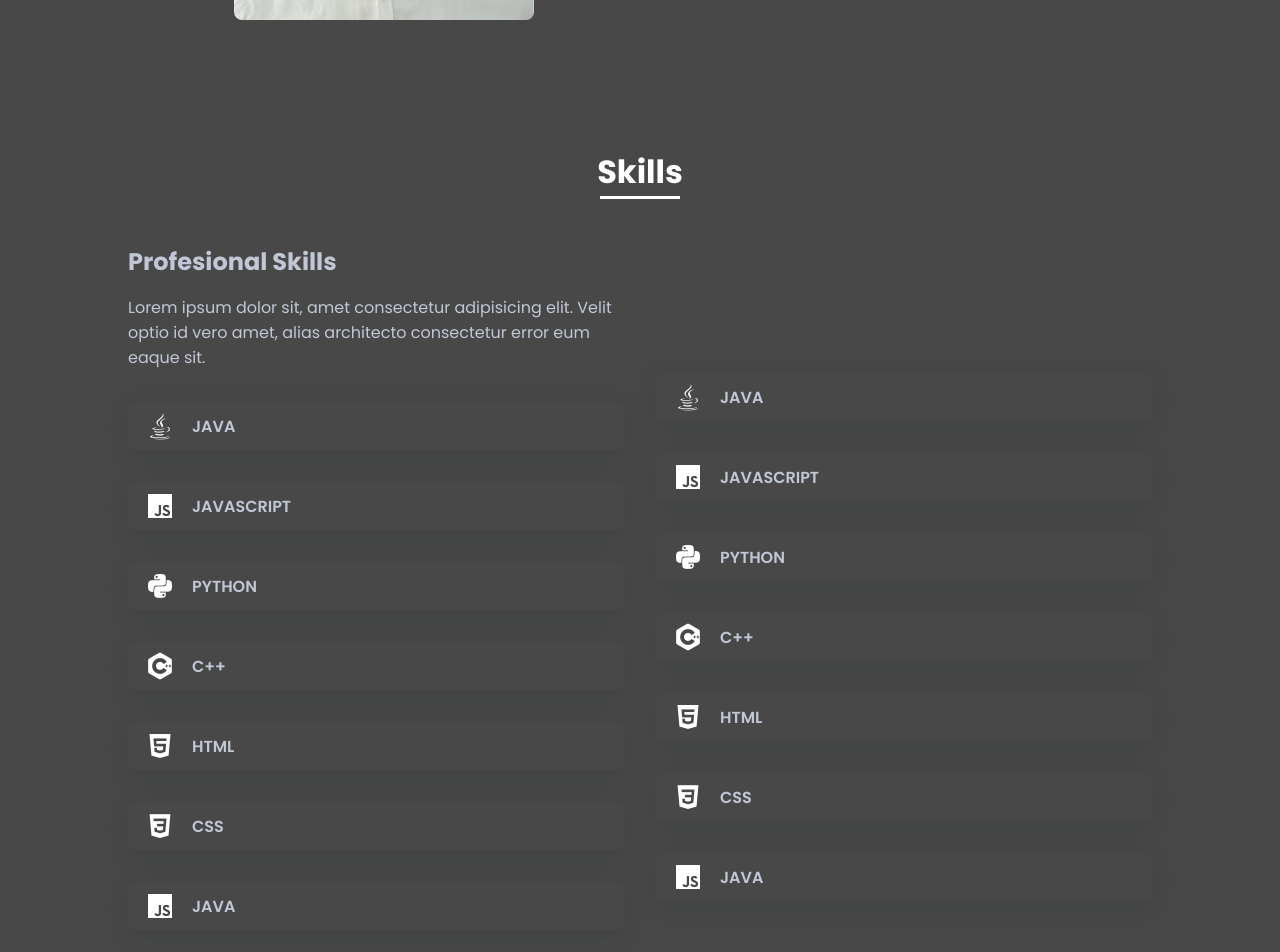
Repository: joshliu14/joshliu14.github.io
Page: index.html
An editor plug-in stored every save of this project. The page is shown before and after the next save, followed by the edit.
The browser window is 1280 px wide. The pictures show the part of the page from y = 1094 to 2046 px (the page is 3595 px tall before and 3637 px after).
A picture or video elsewhere on the page could not be fetched, so the positions and the page height are approximate.

Above is the page before, as saved 2024-02-01 00:06:52.

After the next save:
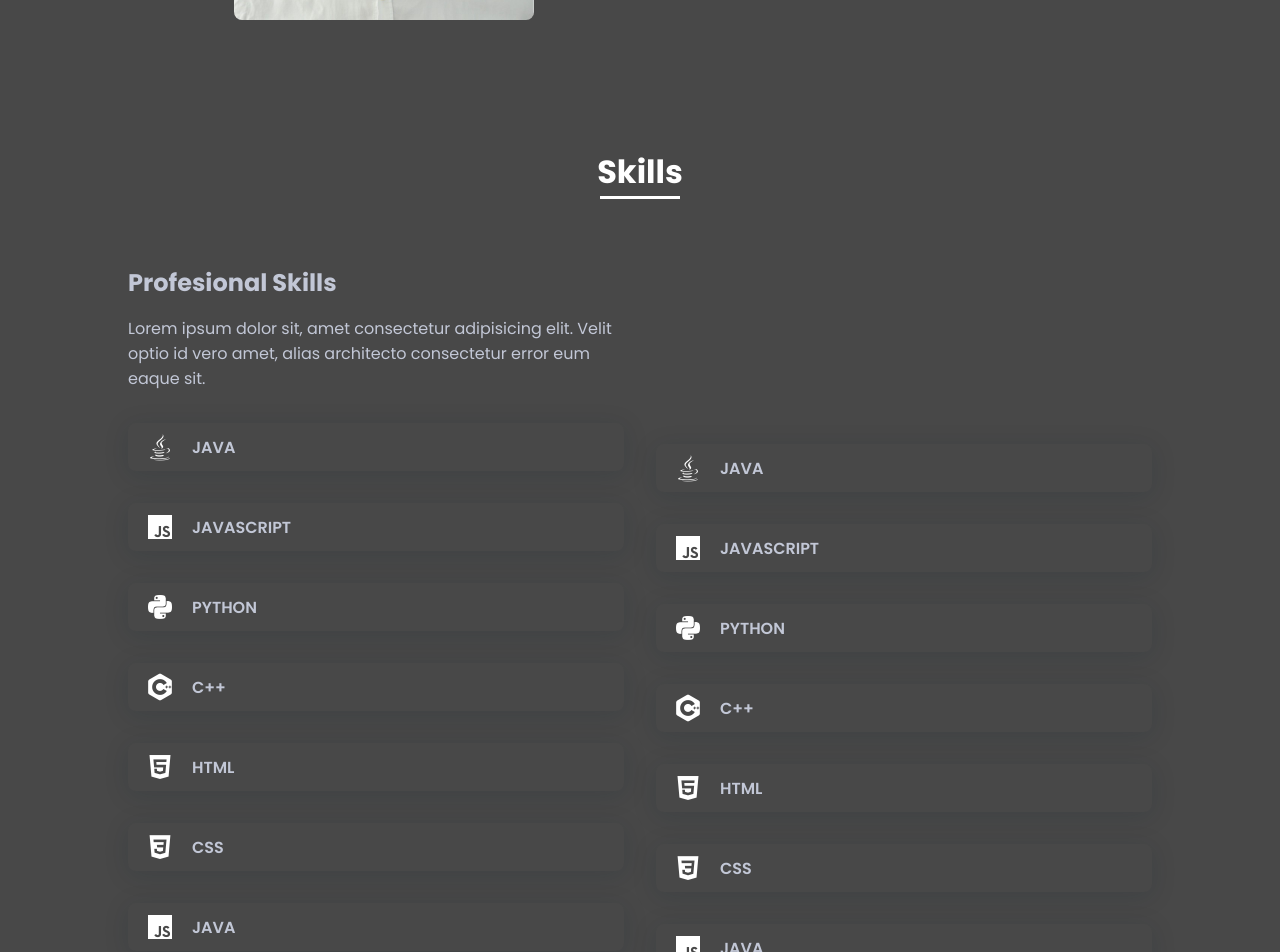
Saved 10 s later.
--- a/index.html
+++ b/index.html
@@ -185,6 +185,10 @@
             <br />
             <br />
             <br />
+            <br />
+            <br />
+            <br />
+            <br />
             <div class="skills__data">
               <div class="skills__names">
                 <i class="bx bxl-java skills__icon"></i>

After the save that followed:
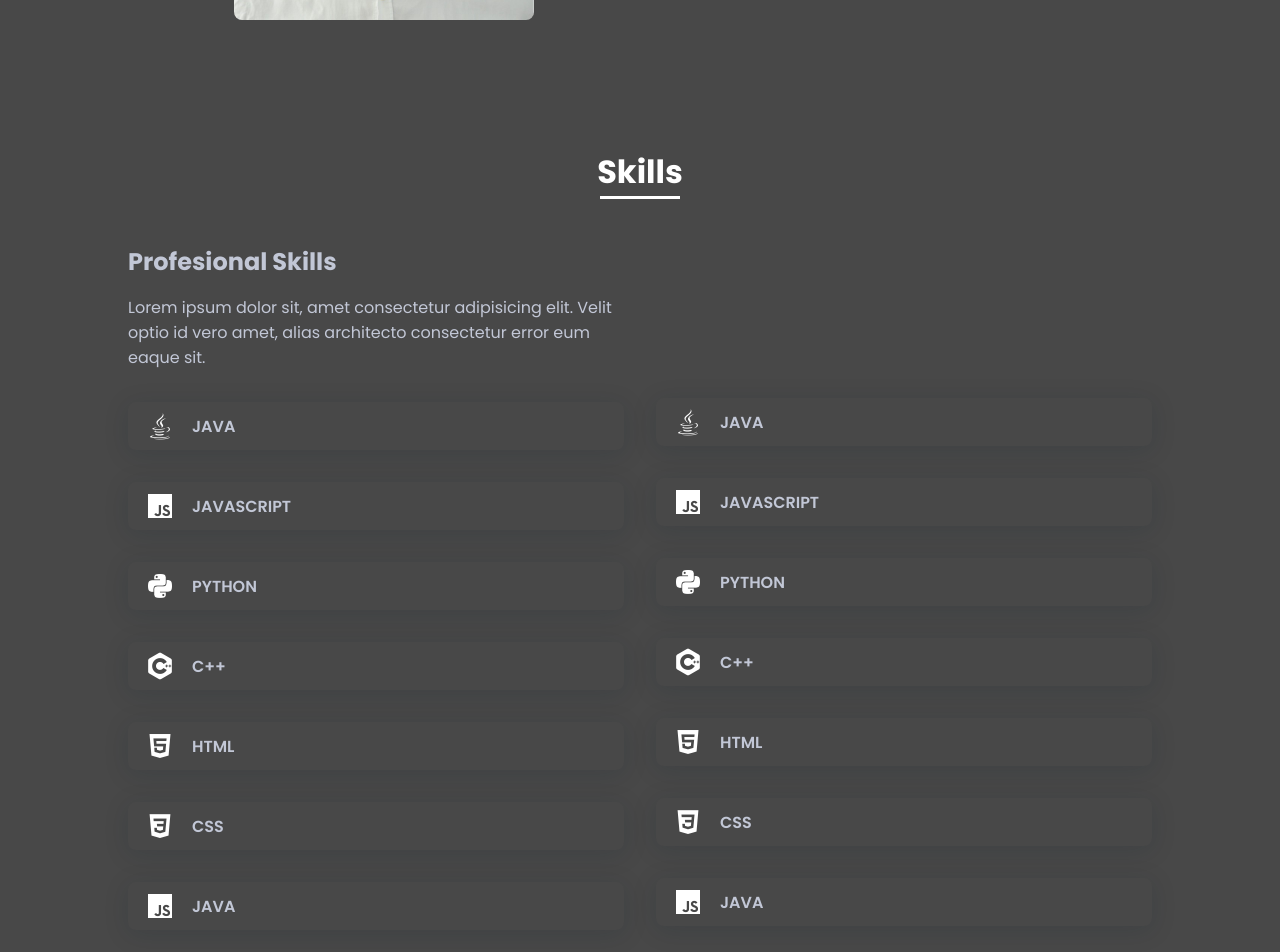
Saved 10 s later.
--- a/index.html
+++ b/index.html
@@ -187,8 +187,6 @@
             <br />
             <br />
             <br />
-            <br />
-            <br />
             <div class="skills__data">
               <div class="skills__names">
                 <i class="bx bxl-java skills__icon"></i>
